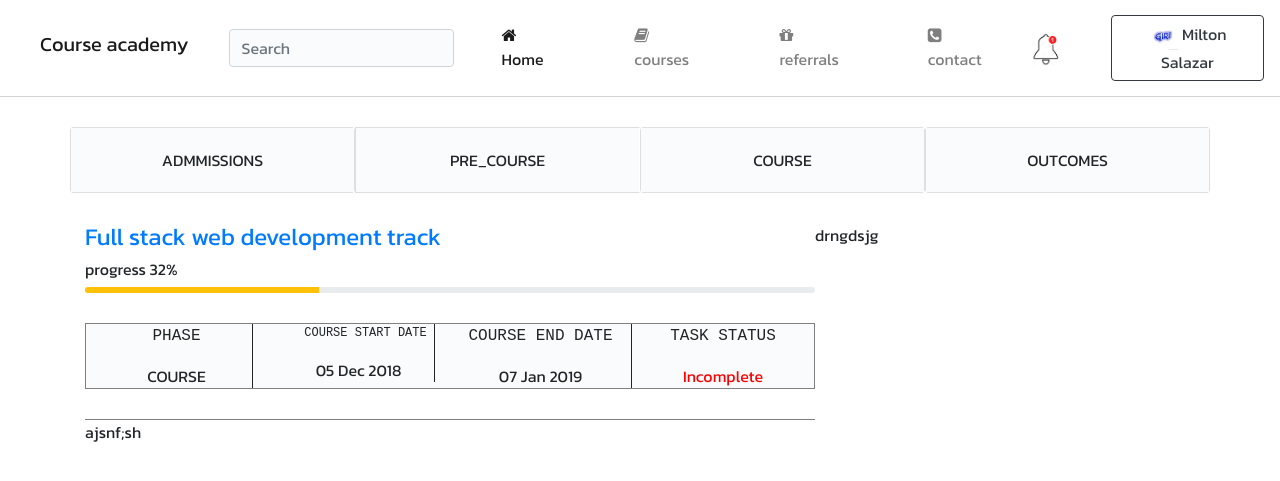
Repository: giribabu1997/html-layout
Page: task.html
An editor plug-in stored every save of this project. The page is shown before and after the next save, followed by the edit.
The browser window is 1280 px wide. The pictures show the whole page.
Some web fonts or font styles are not loaded; a fallback is used.

Above is the page before, as saved 2019-06-25 21:15:10.

After the next save:
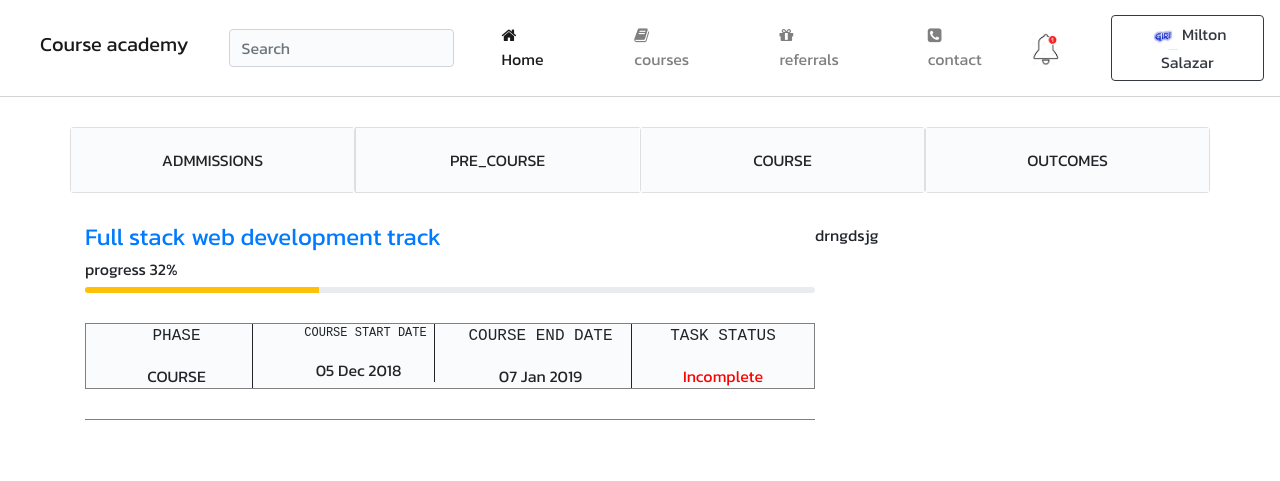
Saved 20 s later.
--- a/task.html
+++ b/task.html
@@ -147,7 +147,7 @@
                 drngdsjg
             </div>
             <div class="col-4">
-                ajsnf;sh
+
             </div>
         </div>
     </div>
